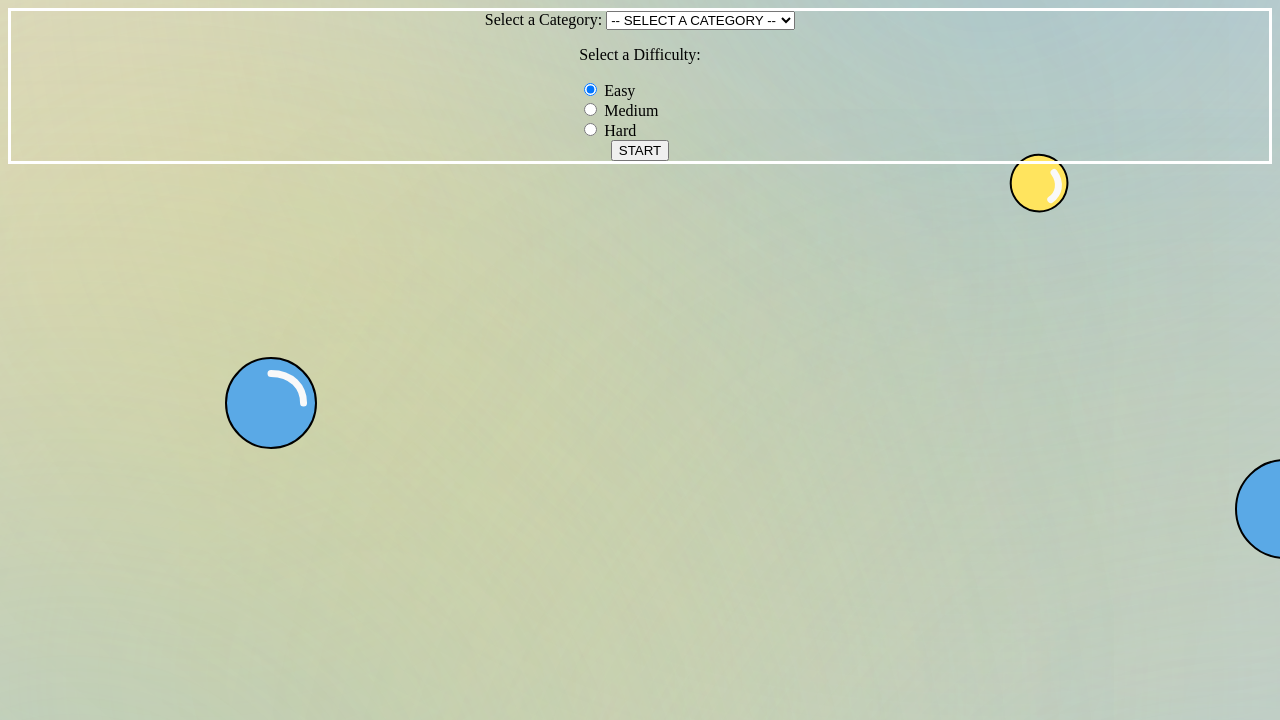
Repository: sierralaurent/SmartiePants
Page: trivia.html
The author's editor kept a copy of each file at every save. The page is drawn from the files as they stood at one save, then again after the next save.
The browser window is 1280 px wide. The pictures show the whole page.
The page's requests for data from a server got no answer.

Above is the page before, as saved 2023-05-16 12:17:20.

After the next save:
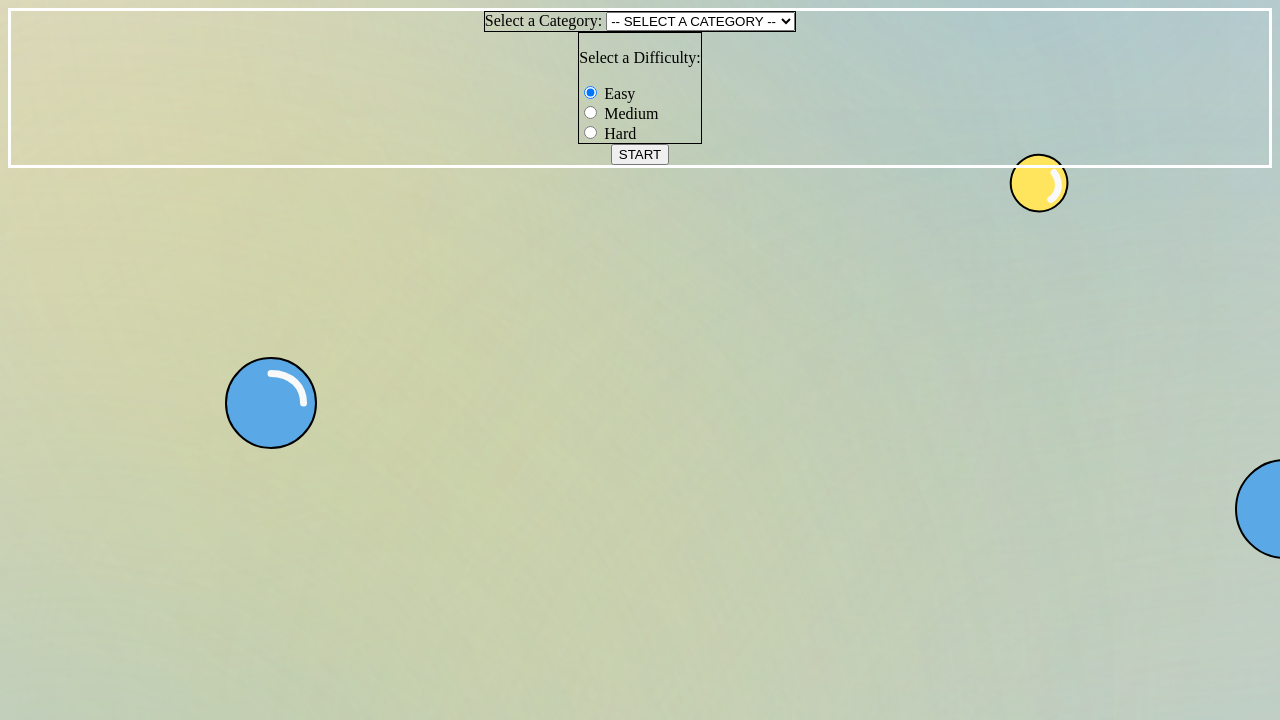
Saved 2 s later.
--- a/trivia.html
+++ b/trivia.html
@@ -9,14 +9,14 @@
 
 <body>
   <div class="mainContainer">
-    <div>
+    <div class="categoryContainer">
       <label for="category-dropdown">Select a Category:</label>
     <select id="category-dropdown">
       <option value="">-- SELECT A CATEGORY --</option>
     </select>
     </div>
 
-    <div>
+    <div class="difficultyContainer">
       <p>Select a Difficulty:</p>
     <input type="radio" id="easy" name="difficulty" value="easy" checked>
     <label for="easy">Easy</label><br>
